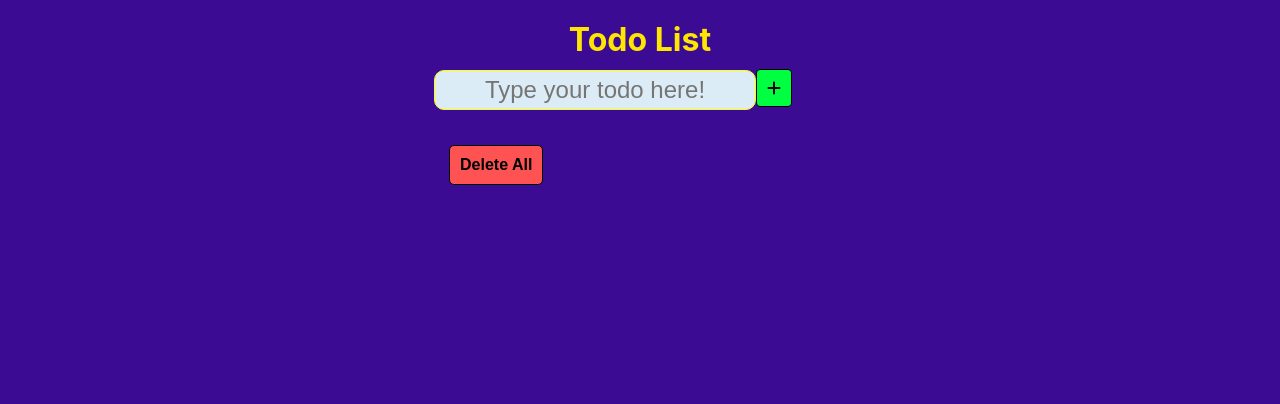
Repository: badhon252/todo-app
Page: /
An editor plug-in stored every save of this project. The page is shown before and after the next save, followed by the edit.
The browser window is 1280 px wide. The pictures show the whole page.
The project was rebuilt for these pictures with package versions that can differ from the ones it lists, and the page was loaded fresh each time.

Above is the page before, as saved 2022-01-26 17:22:19.

After the next save:
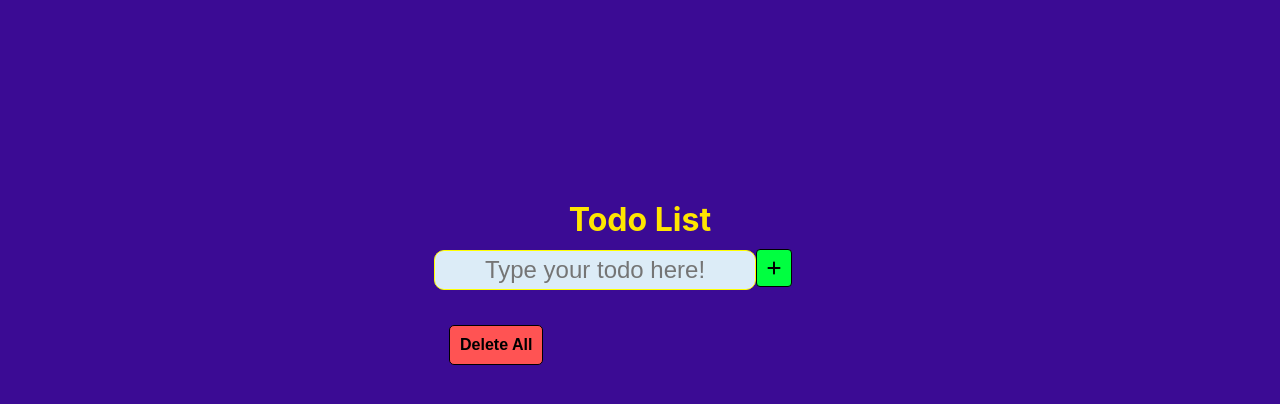
Saved 7 s later.
--- a/src/Styles/style.css
+++ b/src/Styles/style.css
@@ -5,7 +5,7 @@
 }
 
 .main-div {
-  padding-top: 20px;
+  padding-top: 200px;
   margin: auto;
   /* text-align: center; */
   width: 27rem;
